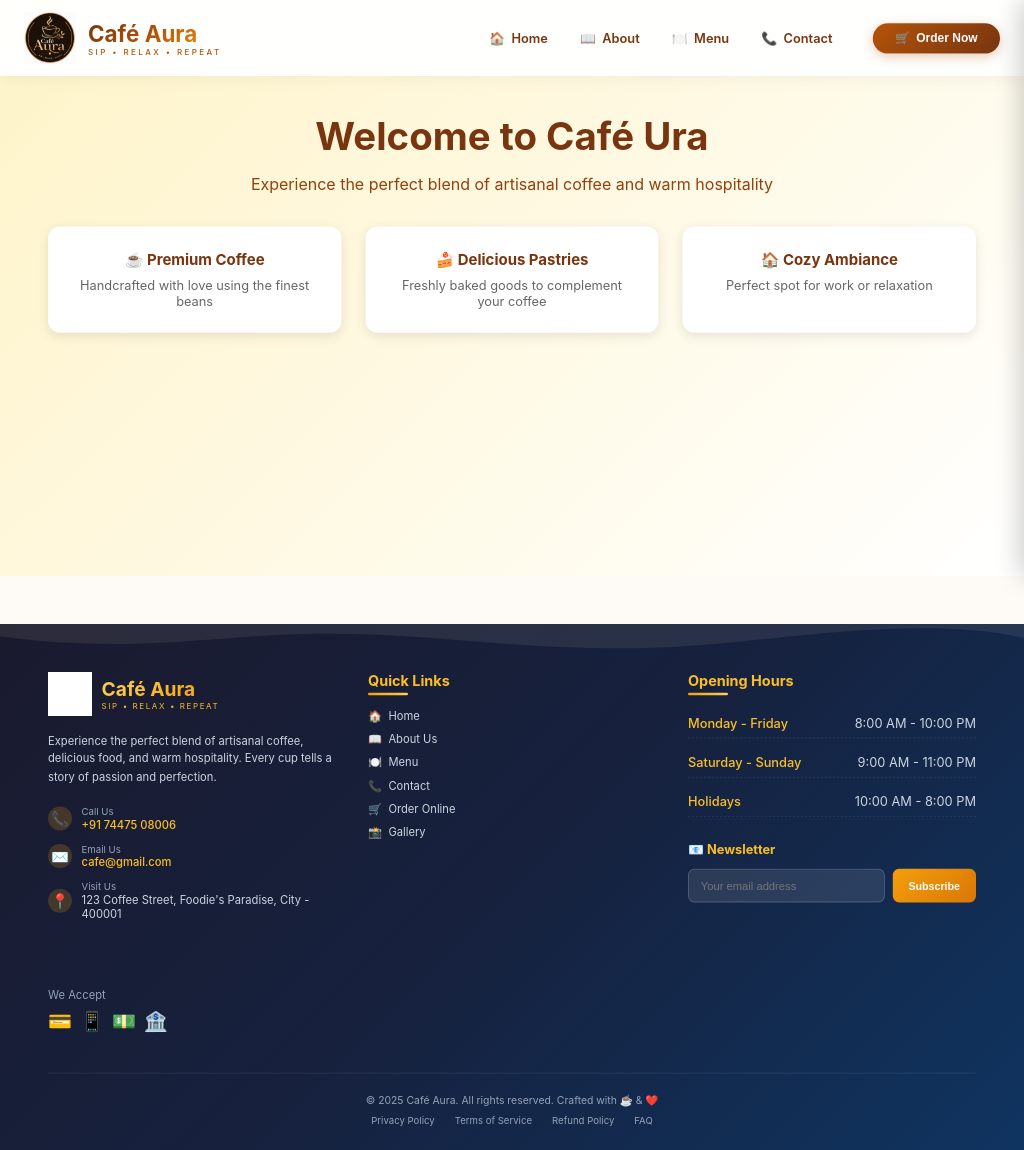
Repository: Asmita-30/Cafe
Page: / (app in cafe/)
These files come from the project's save history. The page is drawn as it stood at one moment and after the next save; the edit follows.
The browser window is 1280 px wide. The pictures show the whole page, at 80% of full size.
The project was rebuilt for these pictures with package versions that can differ from the ones it lists, and the page was loaded fresh each time. Also part of the build but not shown: cafe/vite.config.js.

Above is the page before, as saved 2026-05-23 14:00:54.

After the next save:
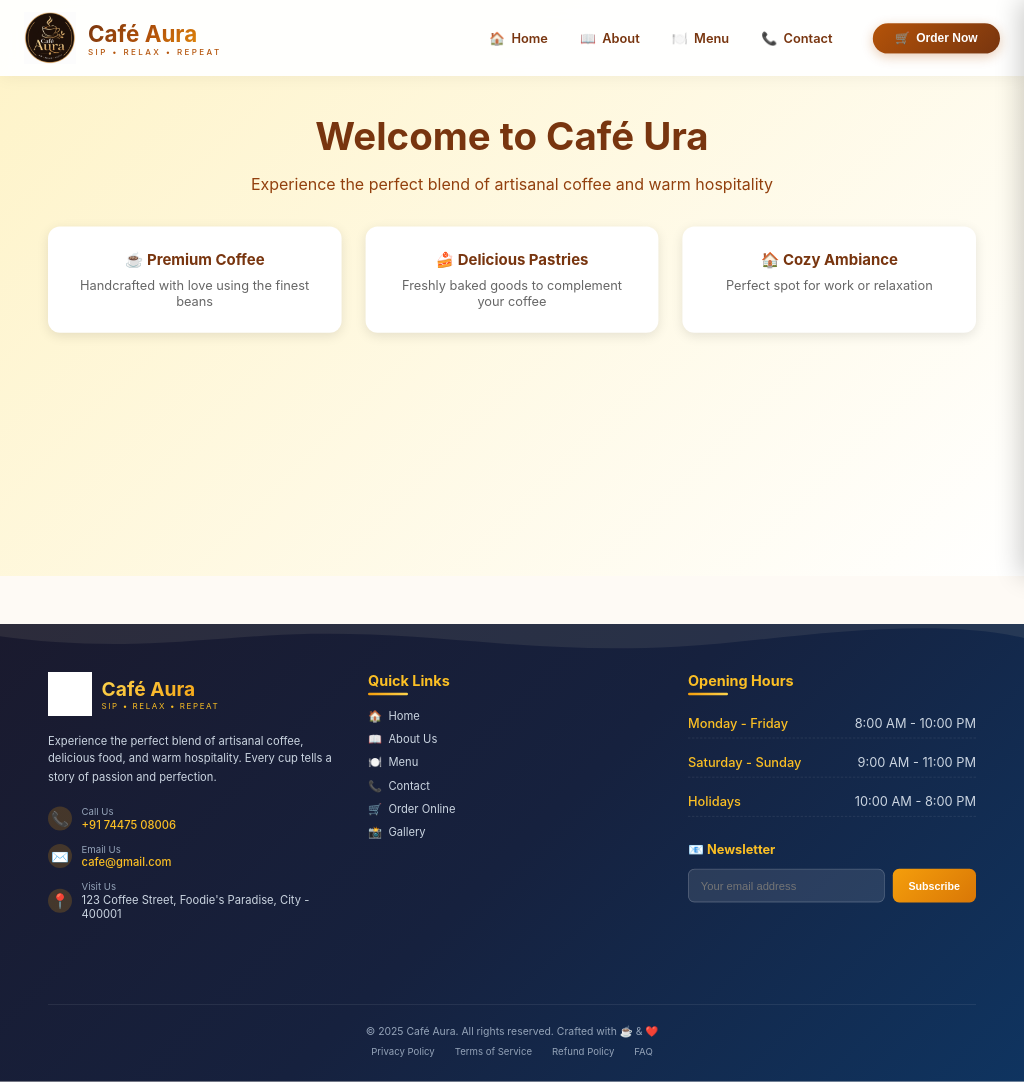
Saved 26 s later.
--- a/cafe/src/components/footer.jsx
+++ b/cafe/src/components/footer.jsx
@@ -443,7 +443,7 @@ const Footer = () => {
             </div> */}
 
             {/* Payment Methods */}
-            <div style={{ marginTop: '30px' }}>
+            {/* <div style={{ marginTop: '30px' }}>
               <div style={{ fontSize: '14px', color: '#94a3b8', marginBottom: '10px' }}>We Accept</div>
               <div style={{ display: 'flex', gap: '10px', fontSize: '24px' }}>
                 <span>💳</span>
@@ -451,7 +451,7 @@ const Footer = () => {
                 <span>💵</span>
                 <span>🏦</span>
               </div>
-            </div>
+            </div> */}
           </div>
         </div>
 
